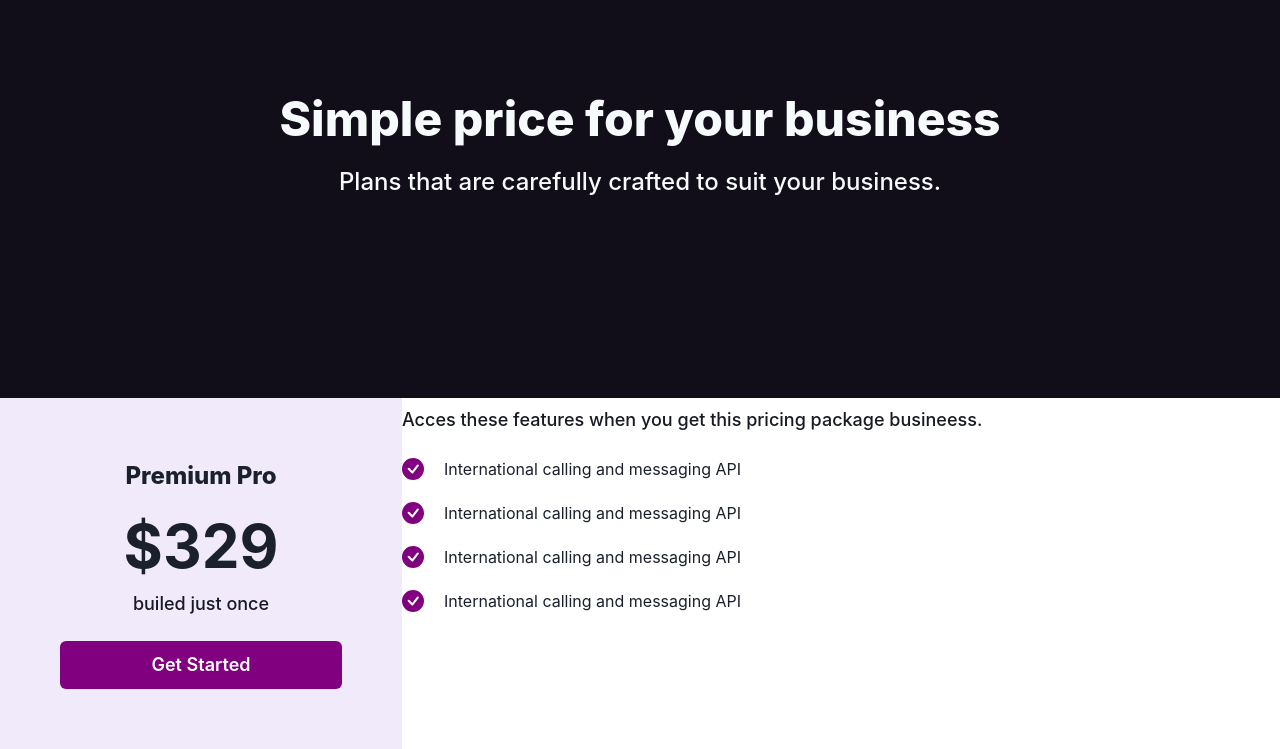
Repository: noutijo/learn-in-depth-chakra-ui
Page: /
An editor plug-in stored every save of this project. The page is shown before and after a run of saves, followed by the edit.
The browser window is 1280 px wide. The pictures show the whole page.
The project was rebuilt for these pictures with package versions that can differ from the ones it lists, and the page was loaded fresh each time. Also part of the build but not shown: vite.config.ts.

Above is the page before, as saved 2023-01-30 16:08:33.

After the next 3 saves:
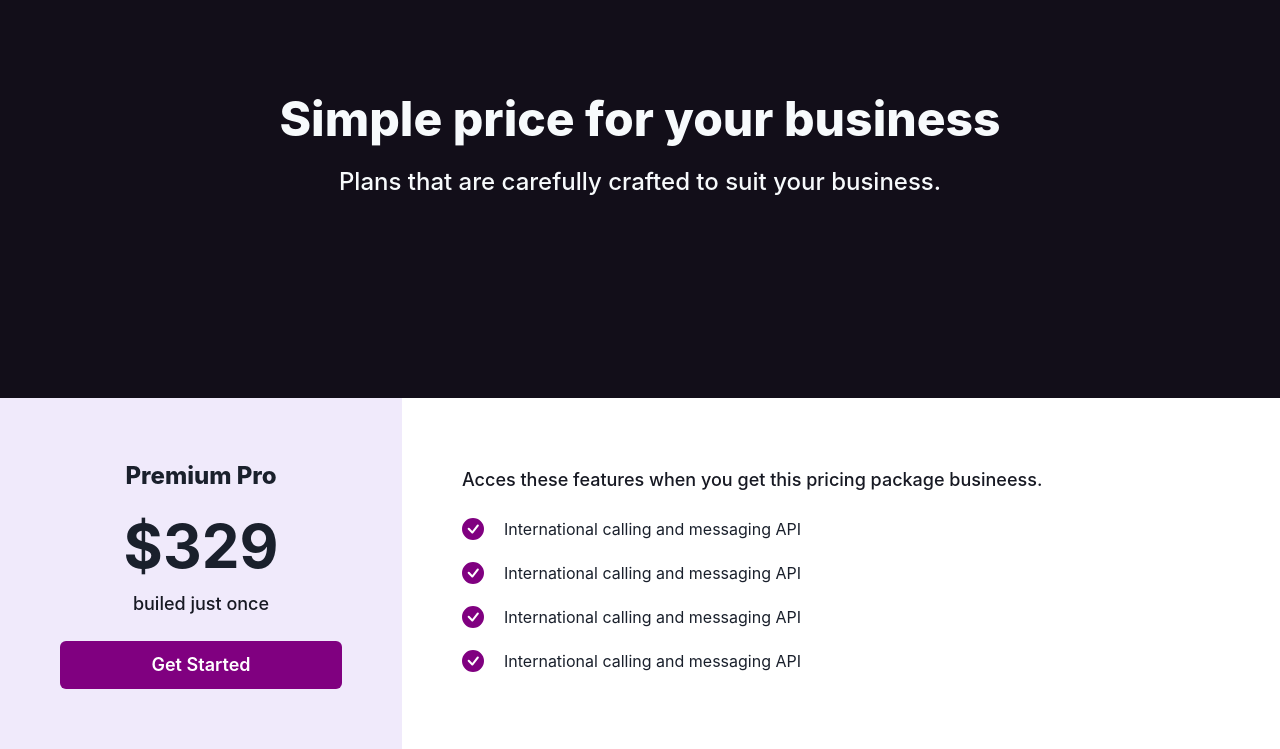
The 3 saves are shown as one change because they came seconds apart.
The last was saved 20 s later.
--- a/src/components/Pricing.tsx
+++ b/src/components/Pricing.tsx
@@ -37,7 +37,7 @@ export function Pricing() {
           </Button>
         </Box>
 
-        <Box>
+        <Box p="60px" >
             <Text fontSize="18px" fontWeight="500" color="#171923" mt="8px">
             Acces these features when you get this pricing package busineess.
           </Text>
